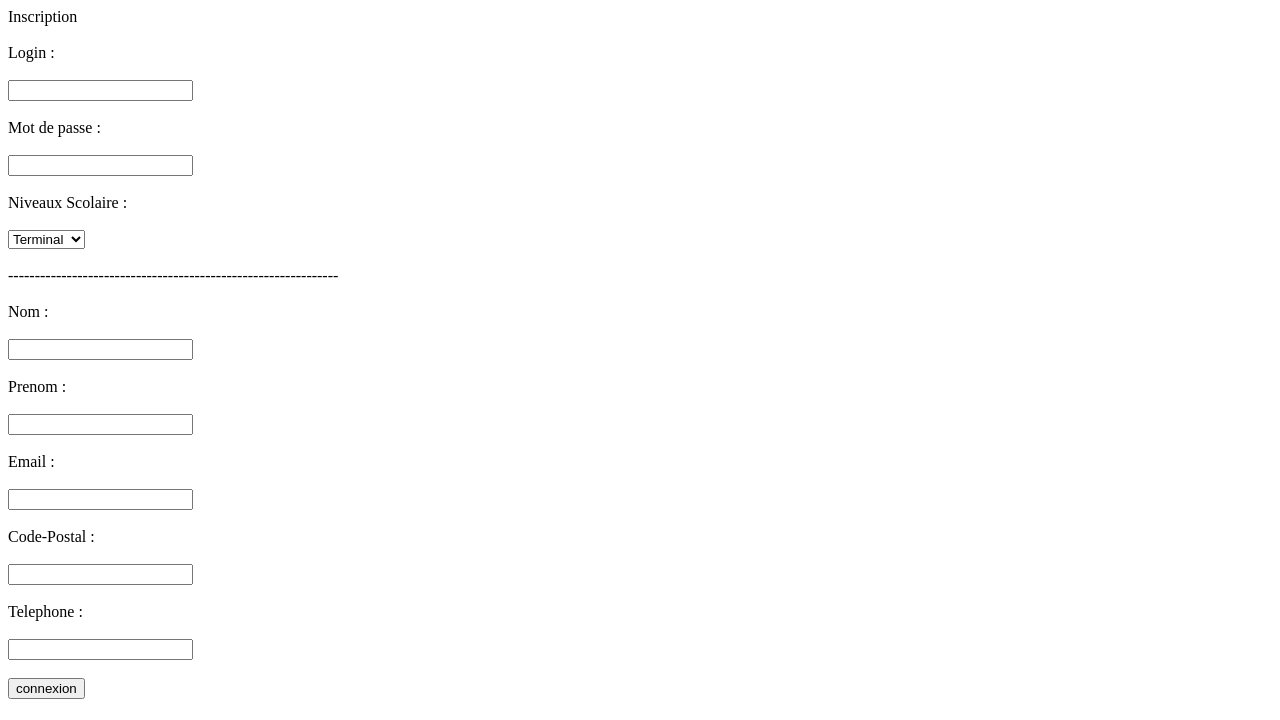
Repository: AntoAnt/WikiScolaire-
Page: http://localhost/InterfaceWikiScolair/Inscription.jsp
These files come from the project's save history. The page is drawn as it stood at one moment and after a run of saves; the edit follows.
The browser window is 1280 px wide. The pictures show the whole page.
Some web fonts or font styles are not loaded; a fallback is used. The page is served by Tomcat 9.

Above is the page before, as saved 2017-04-27 16:33:51.

After the next 2 saves:
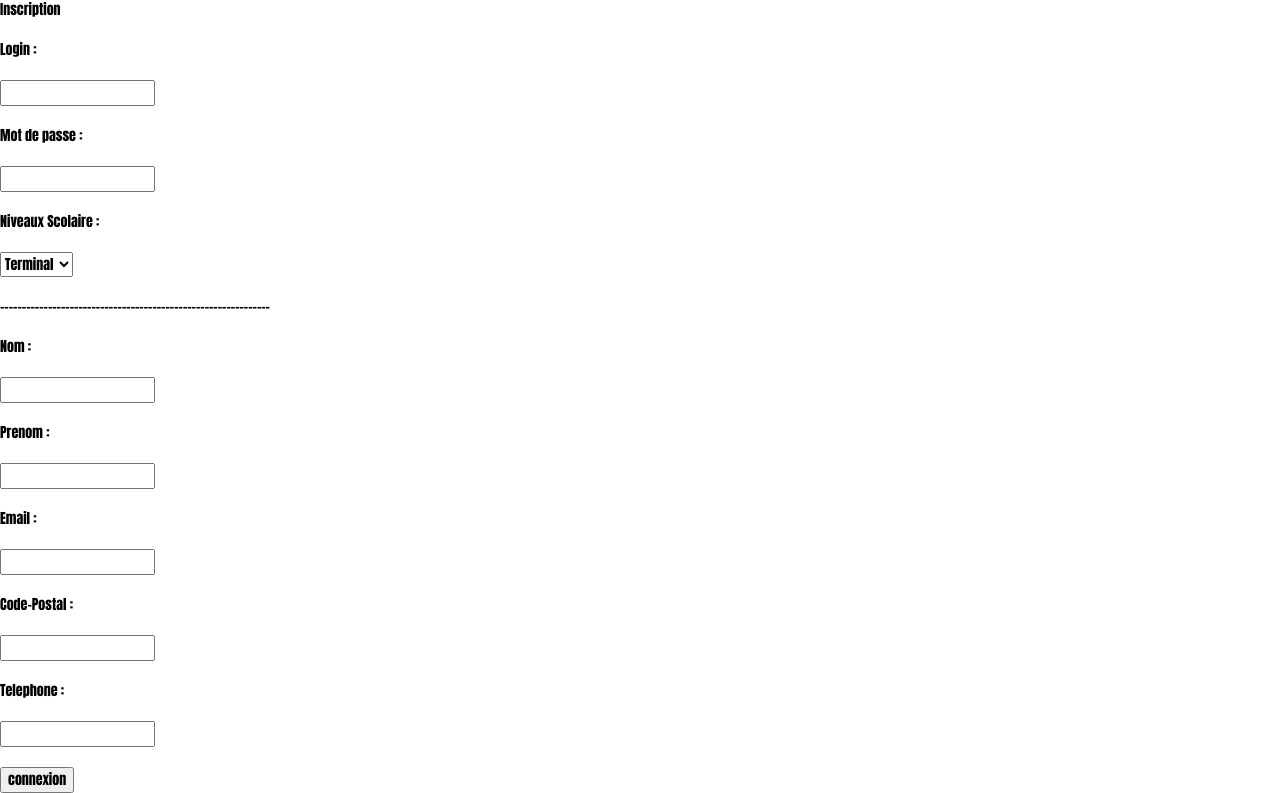
The 2 saves are shown as one change because they came seconds apart.
The last was saved 30 s later.
--- a/InterfaceWikiScolair/WebContent/Inscription.jsp
+++ b/InterfaceWikiScolair/WebContent/Inscription.jsp
@@ -3,7 +3,14 @@
 <!DOCTYPE html PUBLIC "-//W3C//DTD HTML 4.01 Transitional//EN" "http://www.w3.org/TR/html4/loose.dtd">
 <html>
 <head>
-<meta http-equiv="Content-Type" content="text/html; charset=ISO-8859-1">
+<meta charset="utf-8">
+    <meta http-equiv="X-UA-Compatible" content="IE=edge">
+    <meta name="viewport" content="width=device-width, initial-scale=1.0">
+    <link href="/InterfaceWikiScolair/bootstrap-3.3.7-dist/css/bootstrap.min.css" rel="stylesheet">
+    <link href="/InterfaceWikiScolair/font-awesome-4.6.3/css/font-awesome.min.css"  rel="stylesheet">
+    <link href="https://fonts.googleapis.com/css?family=Crimson+Text" rel="stylesheet">
+    <link href="/InterfaceWikiScolair/style.css" rel="stylesheet">
+	<meta http-equiv="Content-Type" content="text/html; charset=ISO-8859-1">
 <title>Inscription</title>
 </head>
 <body>
